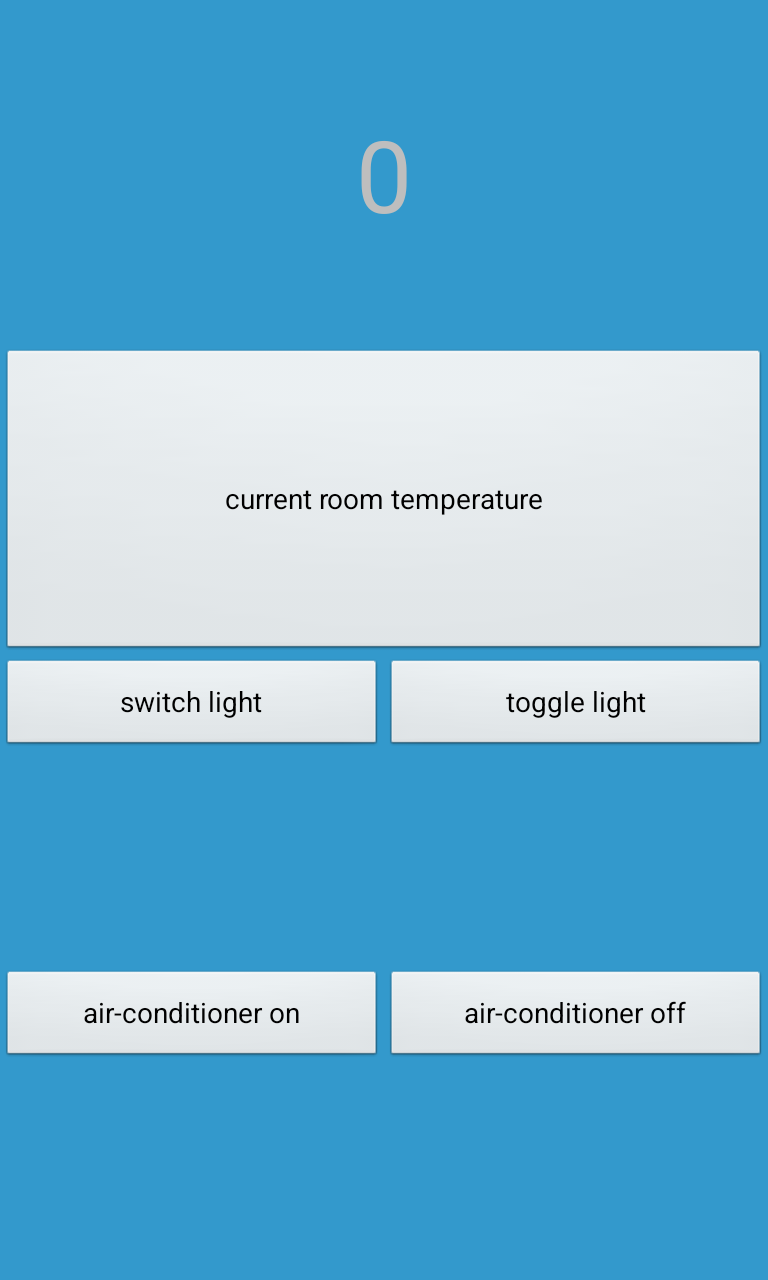
Repository: Sorally/programming-projects
Layout: android/com.sorally.autohome/res/layout/main.xml
The author's editor kept a copy of each file at every save. The layout is drawn from the files as they stood at one save, then again after the next save.
It is drawn on a 768 x 1280 px phone screen (xhdpi) without system bars, with theme android:Theme; the app's code is not run.

Above is the layout before, as saved 2011-05-07 14:04:18.

After the next save:
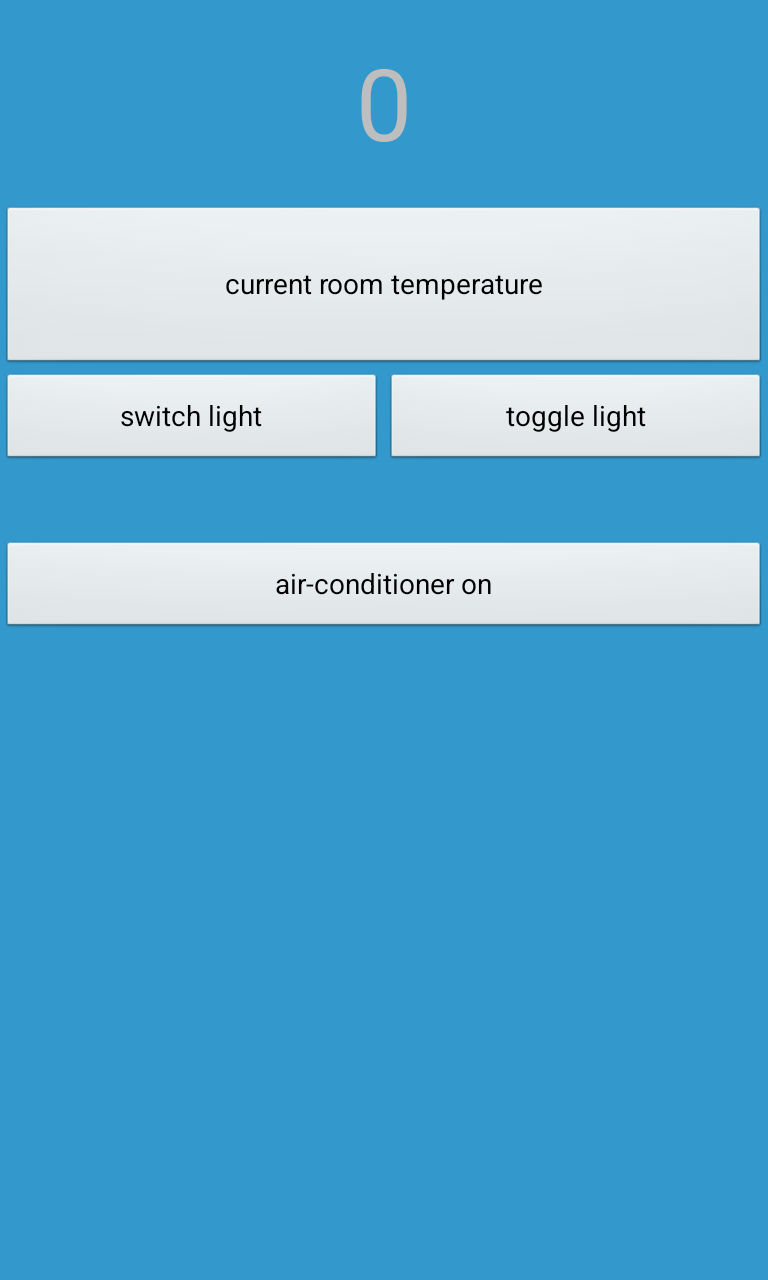
Saved 49 s later.
--- a/android/com.sorally.autohome/res/layout/main.xml
+++ b/android/com.sorally.autohome/res/layout/main.xml
@@ -12,7 +12,7 @@
     </TableRow>
 
     <TableRow android:layout_height="wrap_content" android:id="@+id/tableRow1" android:layout_width="match_parent" android:layout_weight="1" android:baselineAligned="false">
-	    <Button android:onClick="airconOn" android:id="@+id/button3" android:text="@string/switchAirconON" android:layout_height="wrap_content" android:layout_width="match_parent" android:layout_gravity="fill" android:layout_weight="1"></Button>
-	    <Button android:onClick="airconOff" android:id="@+id/button4" android:text="@string/switchAirConOFF" android:layout_height="wrap_content" android:layout_width="match_parent" android:layout_gravity="fill" android:layout_weight="1"></Button>
+	    <Button android:onClick="airconOn" android:id="@+id/button3" android:text="@string/switchAirconON" ></Button>
+	    <Button android:onClick="airconOff" android:id="@+id/button4" android:text="@string/switchAirConOFF" ></Button>
     </TableRow>
 </LinearLayout>
